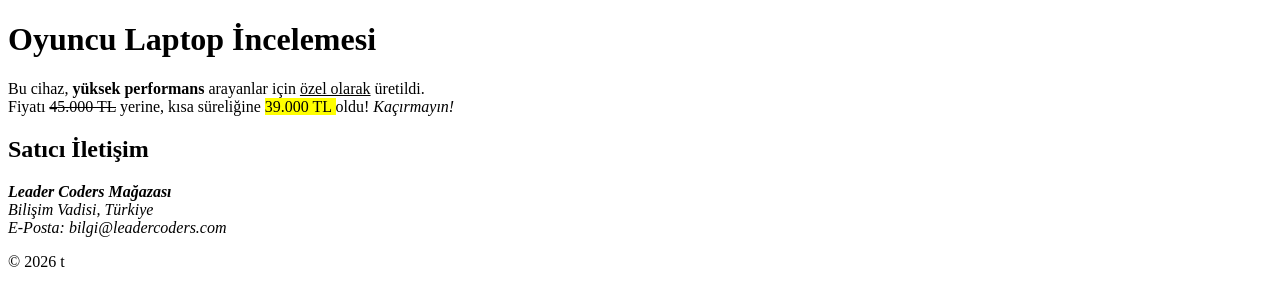
Repository: BeritanBlgn/web-yazilim-muhendisligi
Page: Modul_1/Ders_3/1.3.6_gorev2.html
These files come from the project's save history. The page is drawn as it stood at one moment and after the next save; the edit follows.
The browser window is 1280 px wide. The pictures show the whole page.

Above is the page before, as saved 2026-10-09 22:37:19.

### Modul_1/Ders_3/1.3.6_gorev2.html
<!DOCTYPE html>
<html lang="tr">
<head>
    <meta charset="UTF-8">
    <meta name="viewport" content="width=device-width, initial-scale=1.0">
    <title>Document</title>
</head>
<body>
    <h1>
        Oyuncu Laptop İncelemesi
    </h1>
    <p>
        Bu cihaz, <strong>yüksek performans</strong> arayanlar için
        <u>özel olarak</u> üretildi. <br>
        Fiyatı <del>45.000 TL</del> yerine, kısa süreliğine <mark>
            39.000 TL </mark>oldu! <em>Kaçırmayın!</em>
    </p>
    <h2>Satıcı İletişim</h2>
    <address>
        <strong>
            Leader Coders Mağazası
        </strong> <br>
        Bilişim Vadisi, Türkiye <br>
        E-Posta: bilgi@leadercoders.com
    </address>
    <p>
        &copy; 2026 t
    </p>
 </body>
</html>

After the next save:
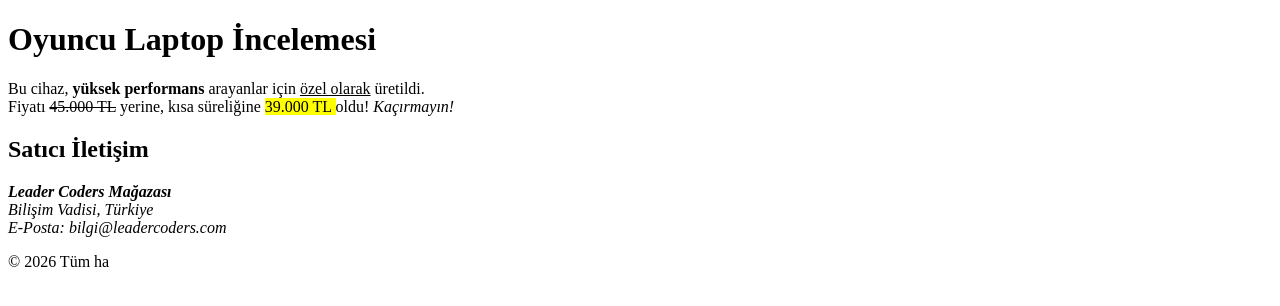
Saved 4 s later.
--- a/Modul_1/Ders_3/1.3.6_gorev2.html
+++ b/Modul_1/Ders_3/1.3.6_gorev2.html
@@ -24,7 +24,7 @@
         E-Posta: bilgi@leadercoders.com
     </address>
     <p>
-        &copy; 2026 t
+        &copy; 2026 Tüm ha
     </p>
  </body>
 </html>
